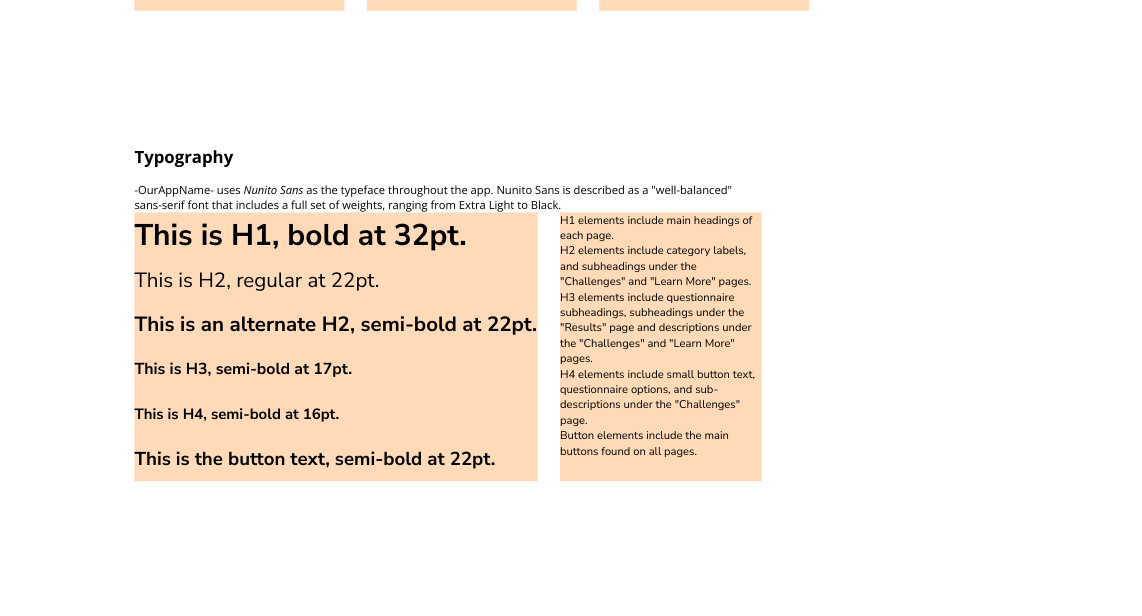
Repository: seohyun9672/Timearth-A6Styleguide
Page: page2.html
The author's editor kept a copy of each file at every save. The page is drawn from the files as they stood at one save, then again after the next save.
The browser window is 1280 px wide. The page is 1632 px wide, so the pictures cover 1632 px, including what lies to the right of the window. The pictures show the part of the page from y = 1608 to 3128 px (the page is 2488 px tall before and 3128 px after), at 70% of full size.

Above is the page before, as saved 2022-03-20 20:07:41.

### page2.html
<!DOCTYPE html>
<html lang="en">
  <head>
    <meta charset="UTF-8" />
    <meta http-equiv="X-UA-Compatible" content="IE=edge" />
    <meta name="viewport" content="width=device-width, initial-scale=1.0" />
    <title>Document</title>
    <link rel="stylesheet" href="stylesheet.css" />
  </head>

  <body>
    <ul class="navbar">
      <li><a href="/page1.html">App Name</a></li>
      <div class="navbar-active">
        <li><a href="/page1.html">Logo</a></li>
        <li><a href="/page2.html">Colour & Typography</a></li>
        <li><a href="/page3.html">Imagery & Graphics</a></li>
        <li><a href="/ref.html">Reference</a></li>
      </div>
    </ul>
    <section class="color-palette page2">
      <h1>Color Palette</h1>
      <img class="palette" src="https://placekitten.com/1440/100" />
      <div>
        <h2>Description of colour palette</h2>
        <p>
          Lorem ipsum dolor sit amet, consectetur adipisicing elit. Culpa neque
          mollitia quae asperiores ad odit vitae iste minima totam harum
          distinctio qui beatae ea ut et adipisci, excepturi at iusto
          reprehenderit reiciendis fugit fuga nisi. Eligendi ut magni adipisci
          nulla architecto reprehenderit? Nemo eos accusamus optio nobis
          distinctio veritatis eius.
        </p>
      </div>
      <div></div>
      <div class="col-2">
        <div class="col">
          <img src="https://placekitten.com/200/600" />
        </div>
        <div class="col">Lorem ipsum dolor sit amet consectetur adipisicing elit. Corrupti laudantium illo iure alias recusandae accusamus reiciendis consequatur aliquid sint veritatis modi dolores, eveniet porro tempore similique aspernatur. Quas, hic quo sed necessitatibus illum suscipit molestiae consequuntur sit provident nobis ullam repellat obcaecati ipsa quos in cumque mollitia eius ratione facilis ut libero laboriosam tempora eum sint! Nisi sapiente veritatis ad iure esse magni reprehenderit odio non perferendis, sed recusandae beatae corporis quasi ipsam assumenda unde!</div>
      </div>
      <h2>Buttons and Menus</h2>
      <div class="col-3">
        <div class="col">
          <img src="https://placekitten.com/300/200" />
          <p>
            Lorem ipsum dolor sit amet consectetur adipisicing elit. Fugit
            architecto laborum quam, unde laboriosam delectus aut facere rem
            magnam eum repellendus accusantium? Ipsum, quas iusto.
          </p>
        </div>
        <div class="col">
          <img src="https://placekitten.com/300/200" />
          <p>
            Lorem ipsum dolor sit amet, consectetur adipisicing elit. Eveniet
            laborum quisquam excepturi officiis obcaecati? Voluptatibus dolores
            laborum cupiditate quia illum explicabo quae nam dicta provident!
          </p>
        </div>
        <div class="col">
          <img src="https://placekitten.com/300/200" />
          <p>
            Lorem ipsum dolor sit amet consectetur adipisicing elit. Nemo
            consectetur veniam reprehenderit dolorem necessitatibus, repellat,
            perferendis quaerat suscipit magni alias in consequuntur nam
            repellendus commodi.
          </p>
        </div>
      </div>
    </section>
    <section class="typo page2">
      <h1>Typography</h1>
      <div>
        -OurAppName- uses <em>Nunito Sans</em> as the typeface throughout the
        app. Nunito Sans is described as a "well-balanced" sans-serif font that includes a full set of weights, ranging from Extra Light to Black.
      </div>
      <div class="col-2-font">
        <div class="col nunito example">
            <div class="nh1">This is H1, bold at 32pt.</div>

            <div class="nh2">This is H2, regular at 22pt.</div>

            <div class="nh2-2">This is an alternate H2, semi-bold at 22pt.</div>

            <div class="nh3">This is H3, semi-bold at 17pt.</div>

            <div class="nh4">This is H4, semi-bold at 16pt.</div>

            <div class="nbtn">This is the button text, semi-bold at 22pt.</div>
        </div>
        <div class="col nunito">
          H1 elements include main headings of each page. <br>
          H2 elements include category labels, and subheadings under the "Challenges" and "Learn More" pages.<br>
          H3 elements include questionnaire subheadings, subheadings under the "Results" page and descriptions under the "Challenges" and "Learn More" pages. <br>
          H4 elements include small button text, questionnaire options, and sub-descriptions under the "Challenges" page. <br>
          Button elements include the main buttons found on all pages. <br>
        </div>
      </div>
    </section>
  </body>
</html>

### stylesheet.css
/* import fonts */
@import url('https://fonts.googleapis.com/css2?family=Nunito+Sans:ital,wght@0,200;0,300;0,400;0,600;0,700;0,800;0,900;1,200;1,300;1,400;1,600;1,700;1,800;1,900&family=Open+Sans:ital,wght@0,300;0,400;0,500;0,600;0,700;0,800;1,300;1,400;1,500;1,600;1,700;1,800&display=swap');

body{
    margin: 0;
    font-family: 'open sans', san-serif;
  }

/* NAVBAR */

ul {
  list-style-type: none;
  margin: 0;
  padding: 0;
  overflow: hidden;
  background-color: #333;
}

li {
  float: left;
}

li a {
  display: block;
  color: white;
  text-align: center;
  padding: 14px 16px;
  text-decoration: none;
}

li a:hover {
  background-color: #111;
}

.navbar-active{
    float: right;
}

/* LOGO */

.section-logo {
    display: flex;
    flex-direction: column;
    justify-content: flex-start;
    align-items: center;
}

.logo-description {
    display: flex;
}
.logo-variation {
    display: flex;
    justify-content: space-evenly;
}

.logo-colourpalette {
    display: flex;
    width: 100%;
    justify-content: space-between;
}

.section-cont {
    width: 940px;
}
.colour-cont {
    display: flex;
    flex-direction: column;
}
.colour-name {
    font-weight: bold;
}

.logo-typography {
    display: flex;
}

.logo-usage {
    display: flex;
    flex-direction: column;
}

.logo-usage-desc {
    display: flex;
}

.section-cont colour {
    display: flex;
}

/* page 2 */

.page2 {
    margin:12em;
}
.col-3 {
    display:grid;
    grid-template-columns: 1fr 1fr 1fr;
    grid-gap:2em;
}
.col-2 {
    display:grid;
    grid-template-columns: 1fr 2fr;
    grid-gap:2em;
}
.col-2-font {
    display:grid;
    grid-template-columns: 2fr 1fr;
    grid-gap:2em;
}
.col {
    background-color:peachpuff;
}
.nunito {
    font-family: 'nunito sans', Arial, Helvetica, sans-serif;
}
.nh1 {
    font-weight: bold;
    font-size:32pt;
}
.nh2 {
    font-size:22pt;
}
.nh2-2 {
    font-size:22pt;
    font-weight:bolder;
}
.nh3 {
    font-size:17pt;
    font-weight:bolder;
}
.nh4 {
    font-size:16pt;
    font-weight:bolder;
}
.nbtn {
    font-size:20pt;
    font-weight:bolder;
}
.example {
    line-height:4em;
}

After the next save:
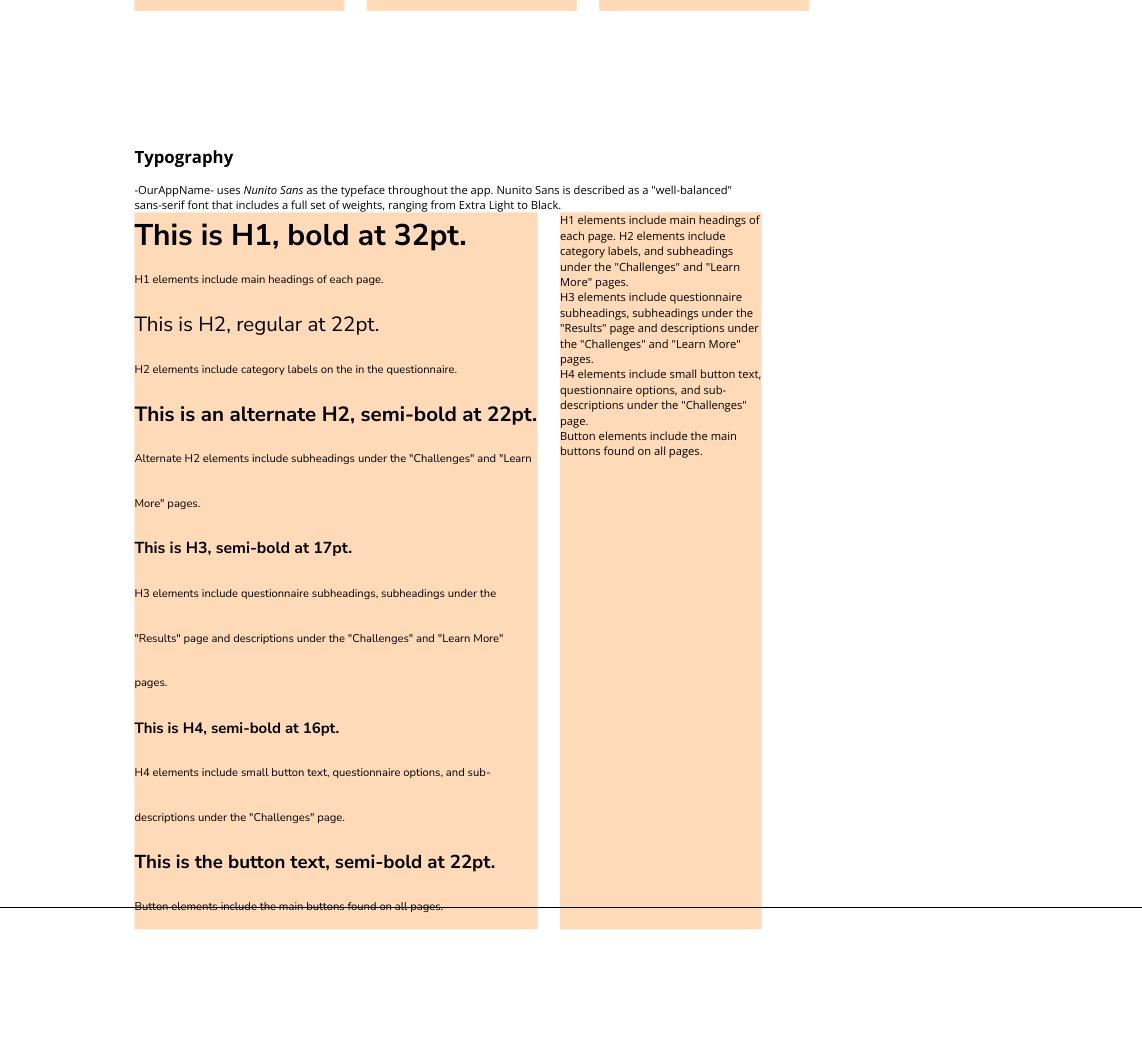
Saved 5 min 13 s later.
--- a/page2.html
+++ b/page2.html
@@ -77,19 +77,20 @@
       <div class="col-2-font">
         <div class="col nunito example">
             <div class="nh1">This is H1, bold at 32pt.</div>
-
+            <div class="desc">H1 elements include main headings of each page.</div>
             <div class="nh2">This is H2, regular at 22pt.</div>
-
+            <div class="desc">H2 elements include category labels on the in the questionnaire.</div>
             <div class="nh2-2">This is an alternate H2, semi-bold at 22pt.</div>
-
+            <div class="desc">Alternate H2 elements include subheadings under the "Challenges" and "Learn More" pages.</div>
             <div class="nh3">This is H3, semi-bold at 17pt.</div>
-
+            <div class="desc">H3 elements include questionnaire subheadings, subheadings under the "Results" page and descriptions under the "Challenges" and "Learn More" pages. </div>
             <div class="nh4">This is H4, semi-bold at 16pt.</div>
-
+            <div class="desc">H4 elements include small button text, questionnaire options, and sub-descriptions under the "Challenges" page. </div>
             <div class="nbtn">This is the button text, semi-bold at 22pt.</div>
+            <div class="desc">Button elements include the main buttons found on all pages. </div>
         </div>
-        <div class="col nunito">
-          H1 elements include main headings of each page. <br>
+        <div class="col">
+          H1 elements include main headings of each page.
           H2 elements include category labels, and subheadings under the "Challenges" and "Learn More" pages.<br>
           H3 elements include questionnaire subheadings, subheadings under the "Results" page and descriptions under the "Challenges" and "Learn More" pages. <br>
           H4 elements include small button text, questionnaire options, and sub-descriptions under the "Challenges" page. <br>
